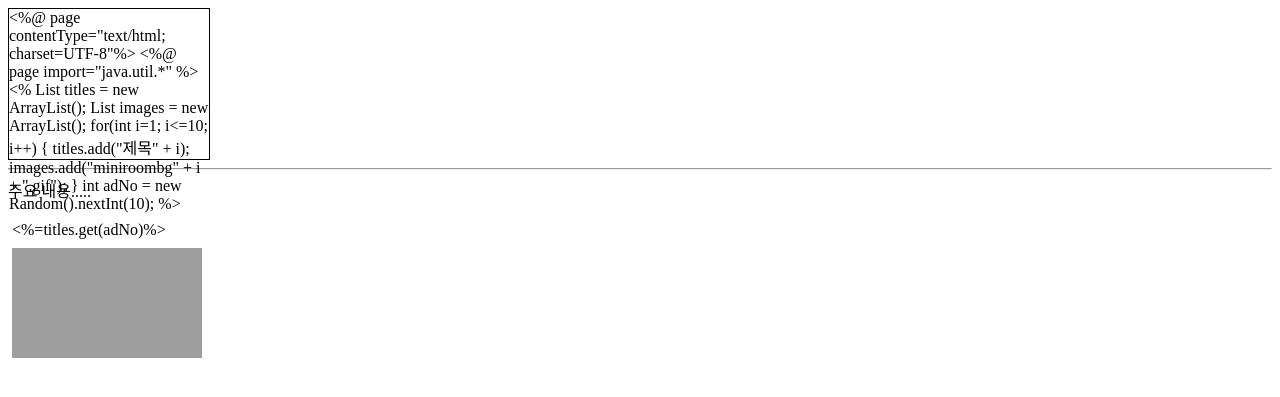
Repository: cartoon1110/KosaSwCourse
Page: workspace-web/HtmlProgramming/WebContent/ajax/ajax07.html
An editor plug-in stored every save of this project. The page is shown before and after the next save, followed by the edit.
The browser window is 1280 px wide. The pictures show the whole page.
Pictures or frames that could not be fetched are drawn as grey boxes.

Above is the page before, as saved 2015-08-31 01:59:10.

### workspace-web/HtmlProgramming/WebContent/ajax/ajax07.html
<!DOCTYPE html>
<html>
	<head>
		<meta charset="UTF-8">
		<title>Insert title here</title>
		<style type="text/css">
			#out {
				display: none;
			}
		</style>
		<script src="jquery-1.11.3.min.js"></script>
		<script type="text/javascript">
			$(function() {
				setInterval(function() {
					$.ajax({
						url:"ajax06.jsp",
						success: function(data) {
							$("#ad").html(data);
						}
					});
				}, 3000);
			});
		</script>
	</head>

	<body>
		<div id="ad" style="width:200px;height:150px;border:1px solid black">

		</div>
		<hr/>
		주요 내용.....
	</body>
</html>

Loaded but not shown: workspace-web/HtmlProgramming/WebContent/ajax/jquery-1.11.3.min.js (library)

After the next save:
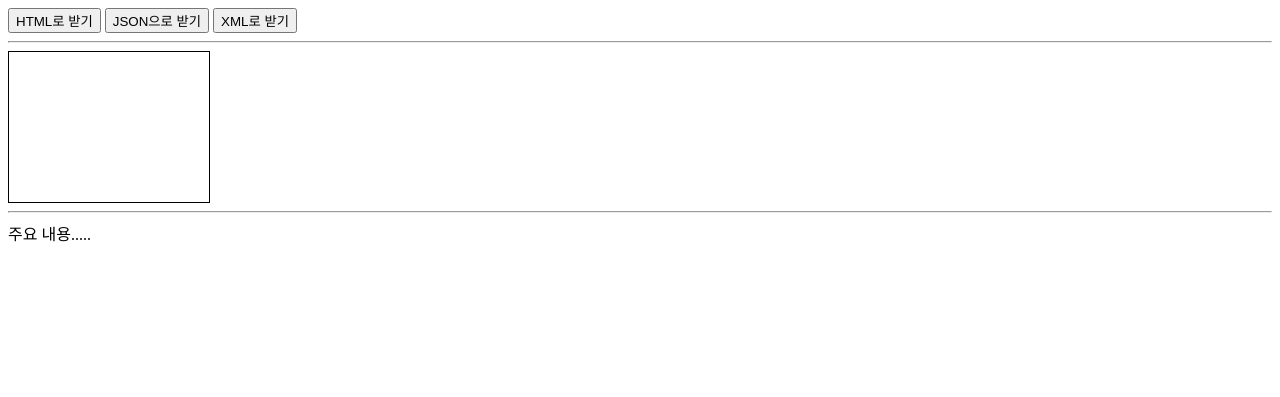
Saved 22 h 43 min later.
--- a/workspace-web/HtmlProgramming/WebContent/ajax/ajax07.html
+++ b/workspace-web/HtmlProgramming/WebContent/ajax/ajax07.html
@@ -11,21 +11,26 @@
 		<script src="jquery-1.11.3.min.js"></script>
 		<script type="text/javascript">
 			$(function() {
-				setInterval(function() {
+				$("#btnHtml").click(function(){
 					$.ajax({
-						url:"ajax06.jsp",
+						url:"ajax07_html.jsp",
+						dataType: "html",
 						success: function(data) {
 							$("#ad").html(data);
 						}
-					});
-				}, 3000);
+				});
+			});
 			});
 		</script>
 	</head>
 
 	<body>
+		<button id="btnHtml">HTML로 받기</button>
+		<button id="btnJson">JSON으로 받기</button>
+		<button id="btnXml">XML로 받기</button>
+		<hr/>
+
 		<div id="ad" style="width:200px;height:150px;border:1px solid black">
-
 		</div>
 		<hr/>
 		주요 내용.....
